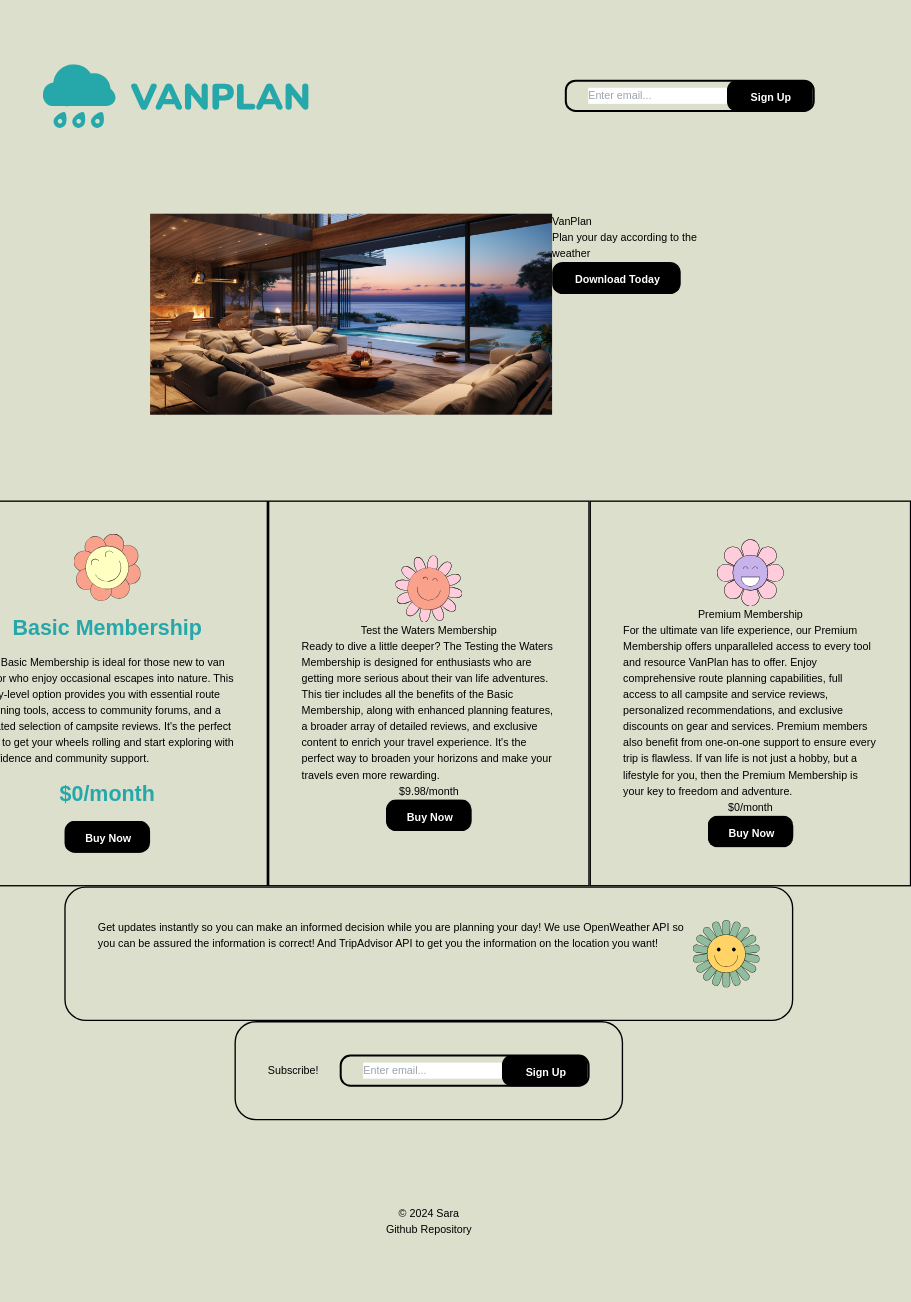
Repository: SaraShio/landing-page
Page: /
These files come from the project's save history. The page is drawn as it stood at one moment and after the next save; the edit follows.
The browser window is 1280 px wide. The page is 1360 px wide, so the pictures cover 1360 px, including what lies to the right of the window. The pictures show the whole page, at 67% of full size.
The project was rebuilt for these pictures with package versions that can differ from the ones it lists, and the page was loaded fresh each time. The framework's server and built-in components were replaced by stand-ins that run in the browser. Also part of the build but not shown: next.config.mjs.

Above is the page before, as saved 2024-03-08 21:38:50.

### src/pages/index.tsx
//import Spline from '@splinetool/react-spline';

import Image from "next/image";

import Header from "../../components/Header";
import Hero from "../../components/Hero";
import PriceCards from '../../components/PriceCards';
import SubBanner from "../../components/SubBanner";
import Subscribe from "../../components/Subscribe";
import Footer from "../../components/Footer";

export default function Home() {
  return (
    <main className={`flex min-h-screen flex-col items-center justify-between p-24`}>
      <Header />
      <Hero/>
      <PriceCards/>
      <SubBanner/>
      <Subscribe/>
      <Footer />
    </main>
  );
}

### src/styles/globals.css
@tailwind base;
@tailwind components;
@tailwind utilities;

@import url('https://fonts.googleapis.com/css2?family=Nunito:wght@400;600;700&display=swap');

:root {
 --black:#000000;
 --white: #FFFFFF;
 --light-gray: #B6B6B6;
 --teal: #26A8AB;
 --mint: #51BAA7;
 --salmon: #DB7F73;
 --light-green: #DCDFCC;

 --card-padding: 3rem;
}

body {
  font-family: 'Nunito', sans-serif;
  background-color: var(--light-green);
}

### components/Header/index.tsx
import Image from "next/image";
import styles from "./Header.module.css";

export default function Header() {
  return (
    <>
      <div className={styles.header_container}>
        <div className={styles.logo_img}>
          <Image
            src="/images/green_logo.svg"
            alt="VanPlan Logo"
            width={400}
            height={400}
          />
        </div>

        <div className={styles.input_container}>
        <form>
            <input type="text" placeholder="Enter email...">

            </input>
        </form>
        <button className={styles.signup_button}>Sign Up</button>
        </div>
      </div>
    </>
  );
}

### components/Hero/index.tsx
import Image from "next/image";
import styles from "./Hero.module.css";

export default function Hero() {
  return (
    <>
      <div className={styles.hero_container}>
        <Image src="/images/test1.jpeg" alt="Test" width={600} height={600} />

        <div>
          <h1>VanPlan</h1>
          <h1>Plan your day according to the weather</h1>
          <button className={styles.download_button}>Download Today</button>
        </div>
      </div>
    </>
  );
}

### components/PriceCards/index.tsx
import styles from './PriceCards.module.css';

import CardOne from "../CardOne";
import CardTwo from "../CardTwo";
import CardThree from "../CardThree";

export default function PriceCards() {
  return (
    <>
      <div className={styles.price_card_container}>
        <CardOne />
        <CardTwo />
        <CardThree />
      </div>
    </>
  );
}

### components/SubBanner/index.tsx
import Image from "next/image";
import styles from "./SubBanner.module.css";


export default function SubBanner() {
  return (
    <main className={styles.sub_banner_container}>

    <h1>Get updates instantly so you can make an informed decision while you are planning your day! We use OpenWeather API so you can be assured the information is correct! And TripAdvisor API to get you the information on the location you want!</h1>

    <Image src="/images/test5.svg" alt="Test" width={100} height={100} />


    </main>
  );
}

### components/Subscribe/index.tsx
import Image from "next/image";
import styles from "./Subscribe.module.css";

export default function Subscribe() {
  return (
    <main className={styles.subscribe_container}>
      <h1>Subscribe!</h1>

      <form className={styles.input_container}>
        <input type="text" placeholder="Enter email..."></input>
        <button className={styles.signup_button}>Sign Up</button>
      </form>

    </main>
  );
}

### components/Footer/index.tsx
import Image from 'next/image';
import styles from './Footer.module.css';

export default function Footer(){
    return (
        <>
            <footer className={styles.footer_container}>
                <p>&copy; {new Date().getFullYear()} Sara</p>
                <a href="https://github.com/Haydenleung/MDIA-3109-Final-Project.git" target="_blank" rel="noopener noreferrer">Github Repository</a>
            </footer>
        </>
    )
}

### components/Header/Header.module.css
.header_container{
    display: flex;
    justify-content: space-between;
    align-items: center;
    width: 100vw;
    padding-right: 4rem;
    padding-left: 4rem;
  }

  .signup_button{
    border: 3px solid var(--black);
    border-right: none;
    border-radius: 1rem;
    padding: 12px;
    width: 8rem;
    height: 3rem;
    background-color: var(--black);
    color: var(--white);
    font-weight: 600;
  }

  .input_container{
    display: flex;
    align-items: center;
    border: 3px solid var(--black);
    border-radius: 1rem;
    height: 3rem;
    padding-left: 2rem;
  }

### components/Hero/Hero.module.css
.hero_container{
display: flex;
padding: 8rem;
}

.download_button{
    border: 3px solid var(--black);
    border-right: none;
    border-radius: 1rem;
    padding: 12px;
    width: 12rem;
    height: 3rem;
    background-color: var(--black);
    color: var(--white);
    font-weight: 600;
}

### components/PriceCards/PriceCards.module.css
.price_card_container{
    display: flex;
    flex-direction: row;
}

### components/CardOne/index.tsx
import Image from "next/image";
import styles from "./CardOne.module.css";

export default function CardOne() {
  return (
    <>
      <div className={styles.card_one_container}>
        <Image src="/images/test2.svg" alt="Test" width={100} height={100} />
        <h1>Basic Membership</h1>
        <p>
          Our Basic Membership is ideal for those new to van life or who enjoy
          occasional escapes into nature. This entry-level option provides you
          with essential route planning tools, access to community forums, and a
          curated selection of campsite reviews. It's the perfect way to get
          your wheels rolling and start exploring with confidence and community
          support.
        </p>

        <h1>$0/month</h1>

        <button className={styles.buy_button}>Buy Now</button>
      </div>
    </>
  );
}

### components/CardTwo/index.tsx
import Image from "next/image";
import styles from "./CardTwo.module.css";

export default function CardTwo() {
  return (
    <>
      <div className={styles.card_two_container}>
      <Image src="/images/test3.svg" alt="Test" width={100} height={100} />
      <h1>Test the Waters Membership</h1>
      <p>Ready to dive a little deeper? The Testing the Waters Membership is designed for enthusiasts who are getting more serious about their van life adventures. This tier includes all the benefits of the Basic Membership, along with enhanced planning features, a broader array of detailed reviews, and exclusive content to enrich your travel experience. It's the perfect way to broaden your horizons and make your travels even more rewarding.</p>

      <h1>$9.98/month</h1>

      <button className={styles.buy_button}>Buy Now</button>
      </div>
    </>
  );
}

### components/CardThree/index.tsx
import Image from "next/image";
import styles from "./CardThree.module.css";

export default function CardThree() {
  return (
    <>
      <div className={styles.card_three_container}>
        <Image src="/images/test4.svg" alt="Test" width={100} height={100} />
        <h1>Premium Membership</h1>
        <p>
          For the ultimate van life experience, our Premium Membership offers
          unparalleled access to every tool and resource VanPlan has to offer.
          Enjoy comprehensive route planning capabilities, full access to all
          campsite and service reviews, personalized recommendations, and
          exclusive discounts on gear and services. Premium members also benefit
          from one-on-one support to ensure every trip is flawless. If van life
          is not just a hobby, but a lifestyle for you, then the Premium
          Membership is your key to freedom and adventure.
        </p>

        <h1>$0/month</h1>

        <button className={styles.buy_button}>Buy Now</button>
      </div>
    </>
  );
}

### components/SubBanner/SubBanner.module.css
.sub_banner_container{
    display: flex;
    border: 2px solid var(--black);
    border-radius: 2rem;
    padding: var(--card-padding);
}

### components/Subscribe/Subscribe.module.css
.subscribe_container{
    display: flex;
    flex-direction: row;
    align-items: center;
    border: 2px solid var(--black);
    border-radius: 2rem;
    padding: var(--card-padding);
}

.signup_button{
    border: 3px solid var(--black);
    border-right: none;
    border-radius: 1rem;
    padding: 12px;
    width: 8rem;
    height: 3rem;
    background-color: var(--black);
    color: var(--white);
    font-weight: 600;
  }

  .input_container{
    display: flex;
    align-items: center;
    border: 3px solid var(--black);
    border-radius: 1rem;
    height: 3rem;
    padding-left: 2rem;
    margin-left: 2rem;
  }

### components/Footer/Footer.module.css
.footer_container {
    display: flex;
    flex-direction: column;
    justify-content: center;
    align-items: center;
    width: 100vw;
    padding-top: 8rem;
}

### components/CardOne/CardOne.module.css
.card_one_container {
  border: 2px solid var(--black);
  padding: var(--card-padding);
  width: 30rem;
  display: flex;
  flex-direction: column;
  justify-content: center;
  align-items: center;
}

.card_one_container > h1 {
  font-size: 2rem;
  color: var(--teal);
  font-weight: bold;
  margin-top: 1rem;
  margin-bottom: 1rem;
}

.buy_button {
  border: 3px solid var(--black);
  border-right: none;
  border-radius: 1rem;
  padding: 12px;
  width: 8rem;
  height: 3rem;
  background-color: var(--black);
  color: var(--white);
  font-weight: 600;
}

### components/CardTwo/CardTwo.module.css
.card_two_container{
    border: 2px solid var(--black);
    padding: var(--card-padding);
    width: 30rem;
    display: flex;
    flex-direction: column;
    justify-content: center;
    align-items: center;
}

.buy_button{
    border: 3px solid var(--black);
    border-right: none;
    border-radius: 1rem;
    padding: 12px;
    width: 8rem;
    height: 3rem;
    background-color: var(--black);
    color: var(--white);
    font-weight: 600;
}

### components/CardThree/CardThree.module.css
.card_three_container{
    border: 2px solid var(--black);
    padding: var(--card-padding);
    width: 30rem;
    display: flex;
    flex-direction: column;
    justify-content: center;
    align-items: center;
}

.buy_button{
    border: 3px solid var(--black);
    border-right: none;
    border-radius: 1rem;
    padding: 12px;
    width: 8rem;
    height: 3rem;
    background-color: var(--black);
    color: var(--white);
    font-weight: 600;
}

Loaded but not shown: src/pages/_app.tsx (common file); src/pages/_document.tsx (common file); tailwind.config.ts (common file)

After the next save:
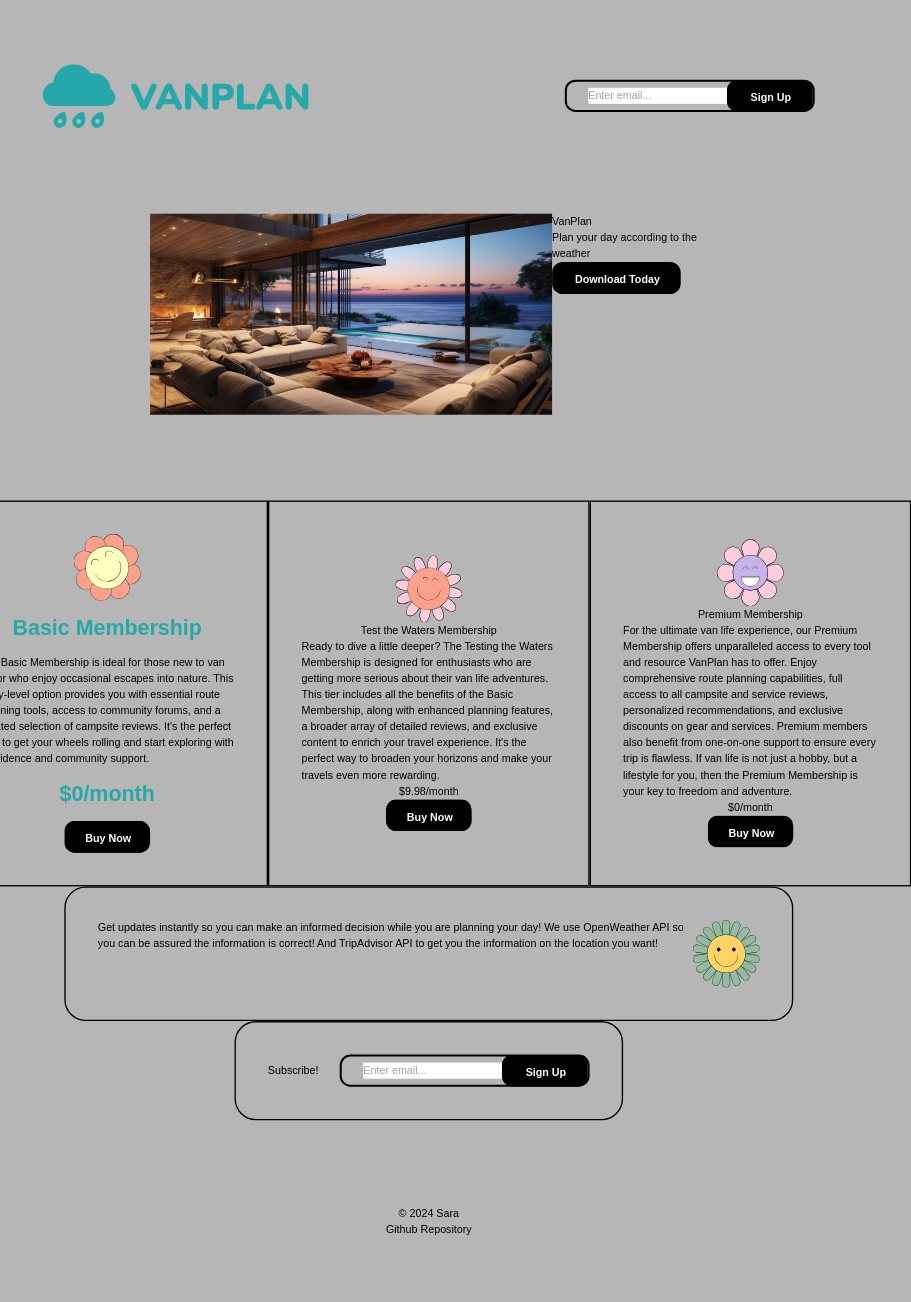
Saved 7 s later.
--- a/src/styles/globals.css
+++ b/src/styles/globals.css
@@ -18,5 +18,5 @@
 
 body {
   font-family: 'Nunito', sans-serif;
-  background-color: var(--light-green);
+  background-color: var(--light-gray);
 }
